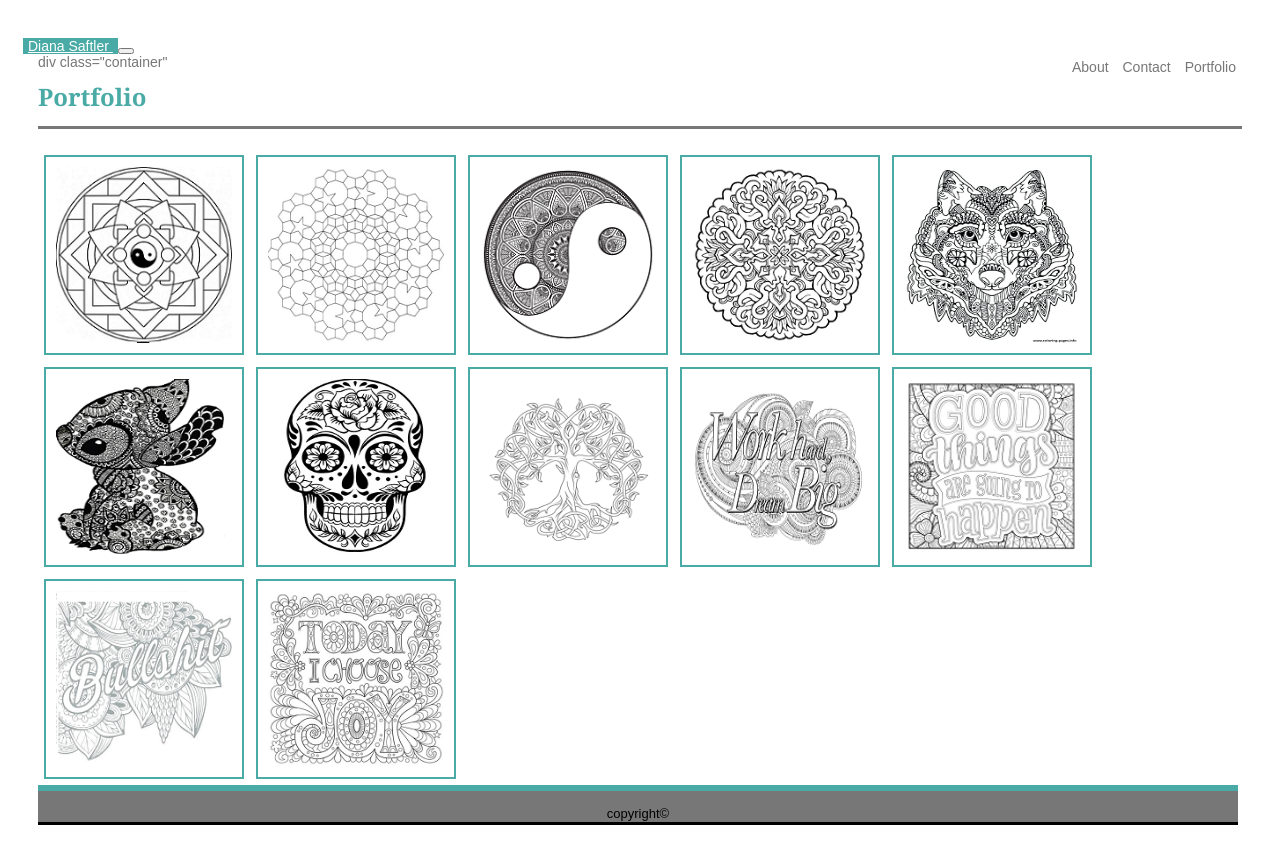
Repository: dsaftler/Bootstrap-Portfolio
Page: portfolio.html
An editor plug-in stored every save of this project. The page is shown before and after the next save, followed by the edit.
The browser window is 1280 px wide. The pictures show the whole page.

Above is the page before, as saved 2019-03-20 23:00:10.

After the next save:
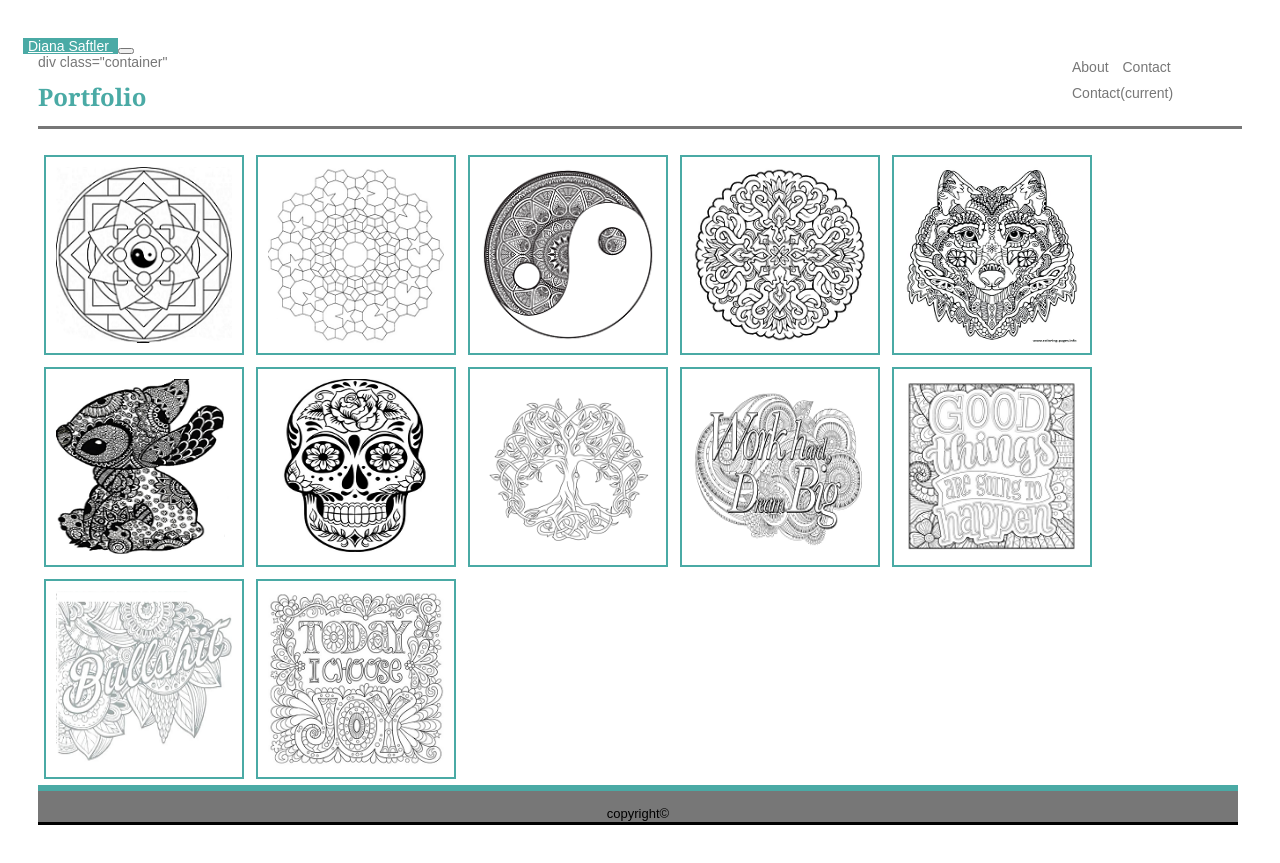
Saved 3 min 54 s later.
--- a/portfolio.html
+++ b/portfolio.html
@@ -26,7 +26,7 @@
                         <a class="nav-link" href="contact.html">Contact</a>
                     </li>
                     <li class="nav-item active">
-                        <a class="nav-link" href="portfolio.html">Portfolio<span class="sr-only"></span></a>
+                       <a class="nav-link" href="contact.html">Contact<span class="sr-only">(current)</span></a>
                     </li>
                 </ul>
                 </div>

After the save that followed:
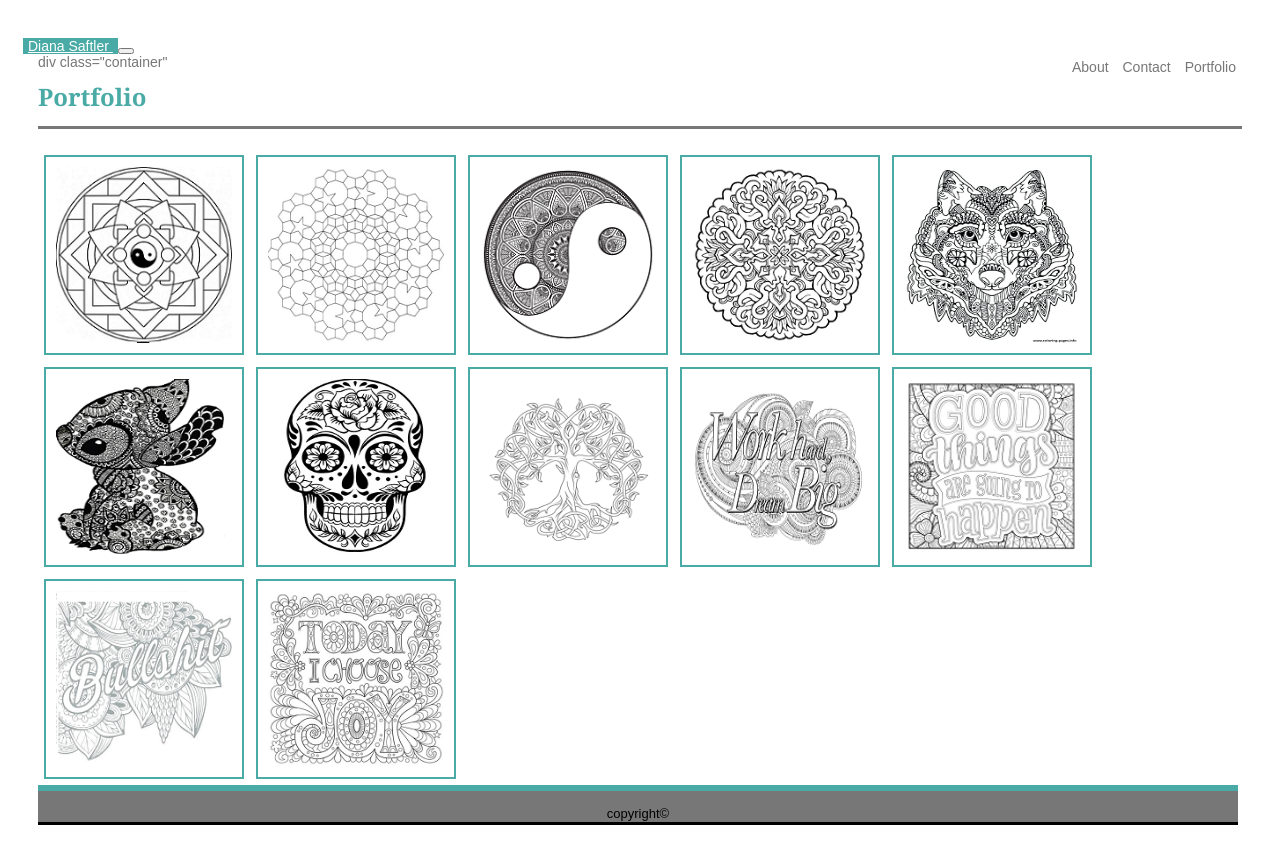
Saved 42 s later.
--- a/portfolio.html
+++ b/portfolio.html
@@ -20,13 +20,13 @@
                 <div class="collapse navbar-collapse" id="navbarSupportedContent">
                 <ul class="navbar-nav ml-auto">
                     <li class="nav-item">
-                        <a class="nav-link"href="index.html">About</a>
+                        <a class="nav-link" href="index.html">About</a>
                     </li>
                     <li class="nav-item">
                         <a class="nav-link" href="contact.html">Contact</a>
                     </li>
                     <li class="nav-item active">
-                       <a class="nav-link" href="contact.html">Contact<span class="sr-only">(current)</span></a>
+                       <a class="nav-link" href="portfolio.html">Portfolio<span class="sr-only"></span></a>
                     </li>
                 </ul>
                 </div>
